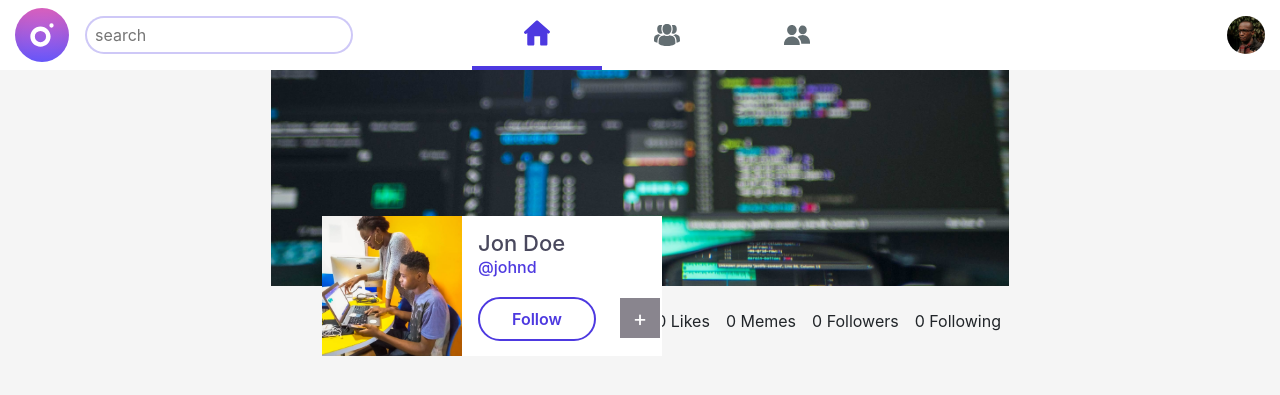
Repository: Flovet-stack/memic
Page: admin-profile.html
These files come from the project's save history. The page is drawn as it stood at one moment and after the next save; the edit follows.
The browser window is 1280 px wide. The pictures show the whole page.
Some web fonts or font styles are not loaded; a fallback is used.

Above is the page before, as saved 2020-10-27 23:58:49.
Console error: TypeError: Cannot read properties of undefined (reading 'fn')

After the next save:
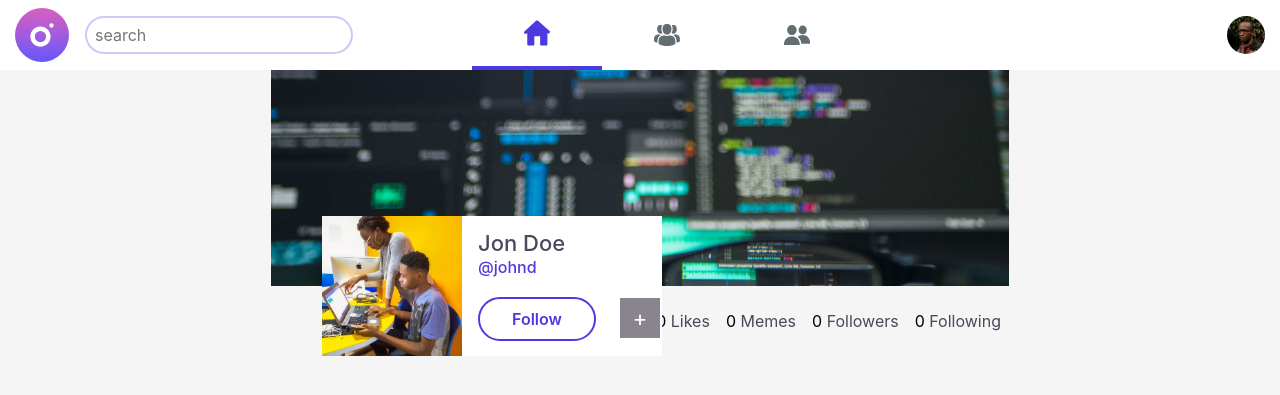
Saved 58 s later.
--- a/css/admin-profile.css
+++ b/css/admin-profile.css
@@ -81,3 +81,9 @@
 .profile-stat-sub div {
     margin: 0 var(--padding-1);
 }
+.profile-stat-sub .stat-value {
+    color: #000;
+}
+.profile-stat-sub .stat-name {
+    color: var(--text-color);
+}
